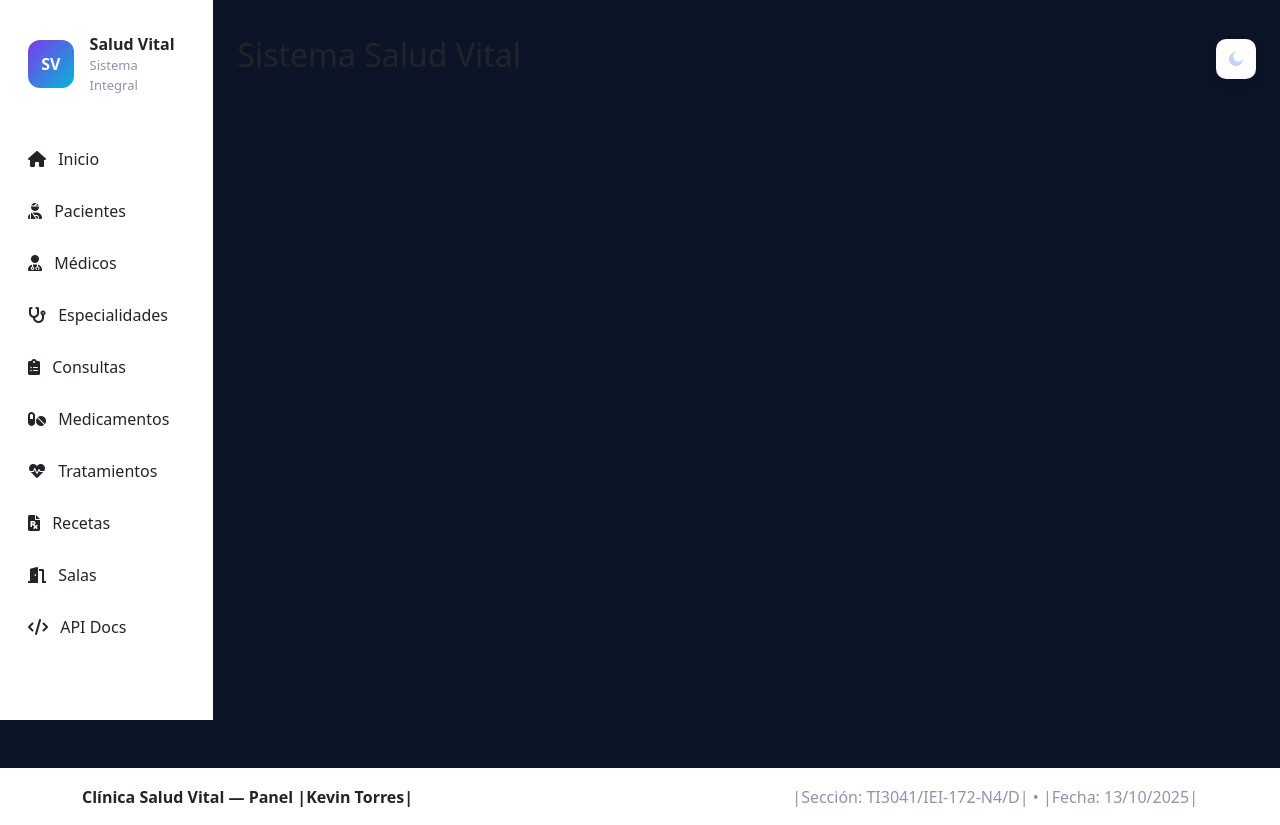
Repository: KeviNozh/eva2_clinica
Page: templates/base.html
The author's editor kept a copy of each file at every save. The page is drawn from the files as they stood at one save, then again after a run of saves.
The browser window is 1280 px wide. The pictures show the whole page.
The template is drawn by Django 5.2. The application's start-up code is not run. Other server files are loaded and not shown. The template is opened directly, without the code that normally fills it, so the values that code supplies are empty.

Above is the page before, as saved 2025-10-16 01:05:21.

### templates/base.html

<!DOCTYPE html>
<html lang="es">
<head>
    <meta charset="UTF-8">
    <meta name="viewport" content="width=device-width, initial-scale=1.0">
    <title>{% block title %}Sistema Salud Vital{% endblock %}</title>

    <!-- Prevent theme flash: apply saved preference before CSS loads -->
    <script>
    (function(){
        try {
            const KEY = 'salud_vital_theme';
            const saved = localStorage.getItem(KEY);
            if (saved === 'dark') {
                document.documentElement.setAttribute('data-theme', 'dark');
            } else if (saved === 'light') {
                document.documentElement.removeAttribute('data-theme');
            } else {
                const prefersDark = window.matchMedia && window.matchMedia('(prefers-color-scheme: dark)').matches;
                if (prefersDark) document.documentElement.setAttribute('data-theme', 'dark');
                else document.documentElement.removeAttribute('data-theme');
            }
        } catch (e) {
            // Silently ignore (no localStorage access)
        }
    })();
    </script>

    <!-- Bootstrap -->
    <link href="https://cdn.jsdelivr.net/npm/bootstrap@5.3.0/dist/css/bootstrap.min.css" rel="stylesheet">
    <link rel="stylesheet" href="https://cdnjs.cloudflare.com/ajax/libs/font-awesome/6.0.0/css/all.min.css">

    <!-- Google Fonts -->
    <link href="https://fonts.googleapis.com/css2?family=Poppins:wght@300;400;600;700&display=swap" rel="stylesheet">

    <style>
        :root {
            --bg: #0c1427; /* Fondo gris claro para que las tarjetas blancas resalten */
            --muted: #8d96a7;
            --text: #212529; /* Texto principal oscuro y legible */
            --card: #fff;
            --glass: rgba(121, 121, 121, 0.04);
            --accent-1: linear-gradient(135deg,#7c3aed,#06b6d4);
            --accent-2: linear-gradient(135deg,#ff7a59,#ffb86b);
            --accent-3: linear-gradient(135deg,#34d399,#60a5fa);
            --accent-4: linear-gradient(135deg,#f472b6,#7c3aed);
            --radius: 12px;
            --shadow: 0 10px 30px rgba(11,21,40,0.06);
            --max-width: 1200px;
            font-family: 'Poppins', system-ui, -apple-system, "Segoe UI", Roboto, Arial, sans-serif;
            color-scheme: light;
            background-color: var(--bg);
            color: var(--text);
        }

        html[data-theme="dark"] {
            --bg: #0c1427;
            --soft-bg: #151e33;
            --glass: rgba(255, 255, 255, 0.04);
            --muted: #8d96a7;
            --white: #e9ecef; /* Texto principal ahora es claro */
        }

        * { box-sizing: border-box }
        html, body { height: 100%; margin: 0; background: var(--bg); -webkit-font-smoothing: antialiased; color: var(--text); }
        a { color: inherit; text-decoration: none }
        button { font: inherit }

        .sidebar {
            min-height: 100vh;
            background: var(--card);
            border-right: 1px solid var(--glass);
        }

        .sidebar .nav-link {
            color: var(--text);
            padding: 12px 16px;
            border-radius: var(--radius);
            margin-bottom: 4px;
            transition: all 0.2s ease;
        }

        .sidebar .nav-link:hover {
            background: var(--glass);
            transform: translateX(4px);
        }

        .main-content {
            background: var(--bg);
            padding: 20px;
        }

        .card-custom {
            background: var(--card);
            border-radius: var(--radius);
            box-shadow: var(--shadow);
            border: 1px solid var(--glass);
            margin-bottom: 20px;
        }

        .btn-primary-custom {
            background: var(--accent-1);
            border: none;
            color: white;
            font-weight: 600;
        }

        .theme-toggle {
            display: inline-grid;
            place-items: center;
            width: 40px;
            height: 40px;
            border-radius: 10px;
            border: 1px solid var(--glass);
            background: var(--card);
            cursor: pointer;
            box-shadow: 0 6px 18px rgba(11,21,40,0.04);
        }

            html[data-theme="dark"] .theme-toggle {
                background: rgba(255, 255, 255, 0.05); /* Ligeramente más claro */
                border: 1px solid rgba(255, 255, 255, 0.1); /* Borde más visible */
            }

        .table-custom {
            background: var(--card);
            border-radius: var(--radius);
            overflow: hidden;
            box-shadow: var(--shadow);
        }

        .table-custom th {
            background: var(--glass);
            color: var(--muted);
            font-weight: 600;
            border: none;
            padding: 12px 16px;
        }

        .table-custom td {
            padding: 12px 16px;
            border-bottom: 1px solid var(--glass);
        }

        .form-control-custom, .form-select-custom {
            background: var(--card);
            border: 1px solid var(--glass);
            color: var(--text);
            border-radius: var(--radius);
        }

        .form-control-custom:focus, .form-select-custom:focus {
            background: var(--card);
            border-color: #7c3aed;
            color: var(--text);
            box-shadow: 0 0 0 0.2rem rgba(124, 58, 237, 0.25);
        }
    </style>
</head>
<body>
    <div class="container-fluid">
        <div class="row">
            <!-- Sidebar -->
            <nav class="col-md-3 col-lg-2 d-md-block sidebar">
                <div class="position-sticky pt-3">
                    <div class="brand p-3 mb-4">
                        <div class="d-flex align-items-center gap-3">
                            <div class="logo" style="width: 48px; height: 48px; border-radius: 12px; background: var(--accent-1); display: grid; place-items: center; color: white; font-weight: 700;">
                                SV
                            </div>
                            <div>
                                <div class="title" style="font-weight: 700;">Salud Vital</div>
                                <div class="tag" style="font-size: 13px; color: var(--muted);">Sistema Integral</div>
                            </div>
                        </div>
                    </div>

                    <ul class="nav flex-column">
                        <li class="nav-item">
                            <a class="nav-link" href="{% url 'inicio' %}">
                                <i class="fas fa-home me-2"></i> Inicio
                            </a>
                        </li>
                        <li class="nav-item">
                            <a class="nav-link" href="{% url 'crud:crud_pacientes' %}">
                                <i class="fas fa-user-injured me-2"></i> Pacientes
                            </a>
                        </li>
                        <li class="nav-item">
                            <a class="nav-link" href="{% url 'crud:crud_medicos' %}">
                                <i class="fas fa-user-md me-2"></i> Médicos
                            </a>
                        </li>
                        <li class="nav-item">
                            <a class="nav-link" href="{% url 'crud:crud_especialidades' %}">
                                <i class="fas fa-stethoscope me-2"></i> Especialidades
                            </a>
                        </li>
                        <li class="nav-item">
                            <a class="nav-link" href="{% url 'crud:crud_consultas' %}">
                                <i class="fas fa-clipboard-list me-2"></i> Consultas
                            </a>
                        </li>
                        <li class="nav-item">
                            <a class="nav-link" href="{% url 'crud:crud_medicamentos' %}">
                                <i class="fas fa-pills me-2"></i> Medicamentos
                            </a>
                        </li>
                        <li class="nav-item">
                            <a class="nav-link" href="{% url 'crud:crud_tratamientos' %}">
                                <i class="fas fa-heartbeat me-2"></i> Tratamientos
                            </a>
                        </li>
                        <li class="nav-item">
                            <a class="nav-link" href="{% url 'crud:crud_recetas' %}">
                                <i class="fas fa-file-prescription me-2"></i> Recetas
                            </a>
                        </li>
                        <li class="nav-item">
                            <a class="nav-link" href="{% url 'crud:crud_salas' %}">
                                <i class="fas fa-door-open me-2"></i> Salas
                            </a>
                        </li>
                        <li class="nav-item">
                            <a class="nav-link" href="/api/docs/" target="_blank">
                                <i class="fas fa-code me-2"></i> API Docs
                            </a>
                        </li>
                    </ul>
                </div>
            </nav>

            <!-- Main content -->
            <main class="col-md-9 ms-sm-auto col-lg-10 px-md-4 main-content">
                <div class="d-flex justify-content-between flex-wrap flex-md-nowrap align-items-center pt-3 pb-2 mb-3">
                    <h1 class="h2">{% block page_title %}Sistema Salud Vital{% endblock %}</h1>
                    <div class="d-flex align-items-center gap-2">
                        <button class="theme-toggle" aria-pressed="false" title="Cambiar tema" data-theme-toggle>
                            <span class="sr-only">Alternar tema claro/oscuro</span>
                            <svg width="18" height="18" viewBox="0 0 24 24" fill="none" aria-hidden>
                                <path d="M21 12.79A9 9 0 1111.21 3 7 7 0 0021 12.79z" fill="#0b1530" opacity="0.95"/>
                                <path d="M12 2v2M12 20v2M4.22 4.22l1.42 1.42M18.36 18.36l1.42 1.42M2 12h2M20 12h2M4.22 19.78l1.42-1.42M18.36 5.64l1.42-1.42" stroke="#6b7280" stroke-width="1.1" stroke-linecap="round" stroke-linejoin="round"/>
                            </svg>
                        </button>
                    </div>
                </div>

                <!-- Mensajes -->
                {% if messages %}
                <div class="messages">
                    {% for message in messages %}
                    <div class="alert alert-{{ message.tags }} alert-dismissible fade show" role="alert">
                        {{ message }}
                        <button type="button" class="btn-close" data-bs-dismiss="alert"></button>
                    </div>
                    {% endfor %}
                </div>
                {% endif %}

                <!-- Contenido principal -->
                {% block content %}
                {% endblock %}
            </main>
        </div>
    </div>

    <!-- Footer -->
    <footer class="mt-5 py-3" style="background: var(--card); border-top: 1px solid var(--glass);">
        <div class="container">
            <div class="d-flex justify-content-between align-items-center">
                <div style="font-weight:700">Clínica Salud Vital — Panel |Kevin Torres| </div>
                <div style="color: var(--muted);">|Sección: TI3041/IEI-172-N4/D| • |Fecha: 13/10/2025|</div>
            </div>
        </div>
    </footer>

    <script src="https://cdn.jsdelivr.net/npm/bootstrap@5.3.0/dist/js/bootstrap.bundle.min.js"></script>

    <script>
    (function(){
        const KEY = 'salud_vital_theme';
        const root = document.documentElement;
        const btn = document.querySelector('[data-theme-toggle]');
        const yearEl = document.getElementById('current-year');
        if (yearEl) yearEl.textContent = new Date().getFullYear(); // protegido

        // SVG icons (sun for light, moon for dark)
        const ICON_SUN = '<svg width="18" height="18" viewBox="0 0 24 24" fill="none" aria-hidden><circle cx="12" cy="12" r="4" fill="#f59e0b"/><path d="M12 2v2M12 20v2M4.22 4.22l1.42 1.42M18.36 18.36l1.42 1.42M2 12h2M20 12h2M4.22 19.78l1.42-1.42M18.36 5.64l1.42-1.42" stroke="#fbbf24" stroke-width="1.1" stroke-linecap="round" stroke-linejoin="round"/></svg>';
        const ICON_MOON = '<svg width="18" height="18" viewBox="0 0 24 24" fill="none" aria-hidden><path d="M21 12.79A9 9 0 1111.21 3a7 7 0 109.79 9.79z" fill="#c7d2fe"/><path d="M21 12.79A9 9 0 1111.21 3" stroke="#94a3b8" stroke-width="0.6" stroke-linecap="round" stroke-linejoin="round" opacity="0.6"/></svg>';

        function applyTheme(theme){
            if(!btn) return; // si no hay botón, salimos
            if(theme === 'dark'){
                root.setAttribute('data-theme','dark');
                btn.setAttribute('aria-pressed','true');
                btn.title = 'Cambiar a tema claro';
                btn.innerHTML = '<span class="sr-only">Tema oscuro activado. Cambiar a claro</span>' + ICON_SUN;
            } else {
                root.removeAttribute('data-theme');
                btn.setAttribute('aria-pressed','false');
                btn.title = 'Cambiar a tema oscuro';
                btn.innerHTML = '<span class="sr-only">Tema claro activado. Cambiar a oscuro</span>' + ICON_MOON;
            }
        }

        // initial: saved preference > prefers-color-scheme > default light
        try {
            const saved = localStorage.getItem(KEY);
            if(saved === 'dark' || saved === 'light'){
                applyTheme(saved);
            } else {
                const prefersDark = window.matchMedia && window.matchMedia('(prefers-color-scheme: dark)').matches;
                applyTheme(prefersDark ? 'dark' : 'light');
            }
        } catch(e) {
            // ignore storage errors and default to system
            const prefersDark = window.matchMedia && window.matchMedia('(prefers-color-scheme: dark)').matches;
            applyTheme(prefersDark ? 'dark' : 'light');
        }

        if (btn) {
            btn.addEventListener('click', function(){
                const isDark = root.getAttribute('data-theme') === 'dark';
                const next = isDark ? 'light' : 'dark';
                applyTheme(next);
                try { localStorage.setItem(KEY, next); } catch(e) {}
            });

            // Keep keyboard accessible (Enter / Space)
            btn.addEventListener('keydown', function(e){
                if(e.key === 'Enter' || e.key === ' '){
                    e.preventDefault();
                    btn.click();
                }
            });
        }
    })();
    </script>

    {% block scripts %}
    {% endblock %}
</body>
</html>

After the next 2 saves:
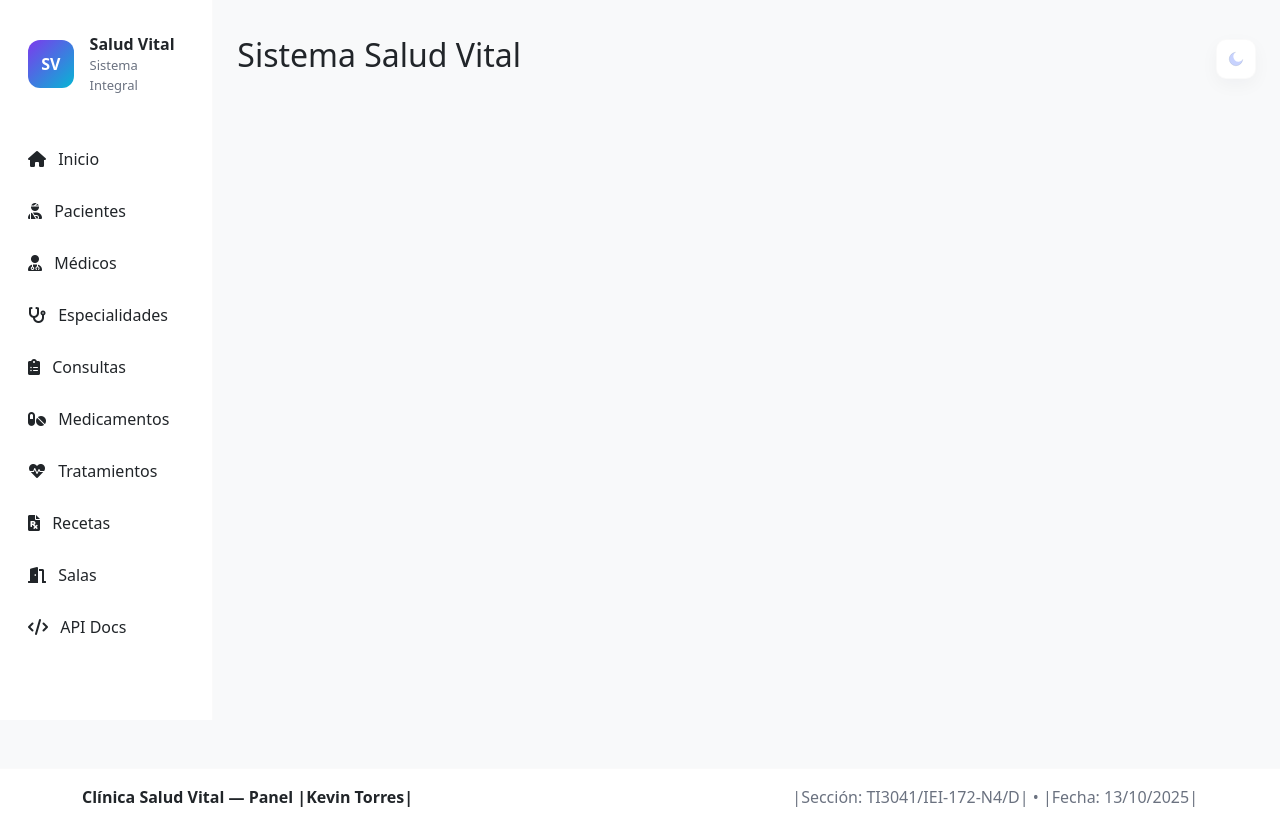
The 2 saves are shown as one change because they came seconds apart.
The last was saved 14 s later.
--- a/templates/base.html
+++ b/templates/base.html
@@ -36,8 +36,8 @@
 
     <style>
         :root {
-            --bg: #0c1427; /* Fondo gris claro para que las tarjetas blancas resalten */
-            --muted: #8d96a7;
+            --bg: #f8f9fa; /* Fondo gris claro para que las tarjetas blancas resalten */
+            --muted: #6b7280;
             --text: #212529; /* Texto principal oscuro y legible */
             --card: #fff;
             --glass: rgba(121, 121, 121, 0.04);
